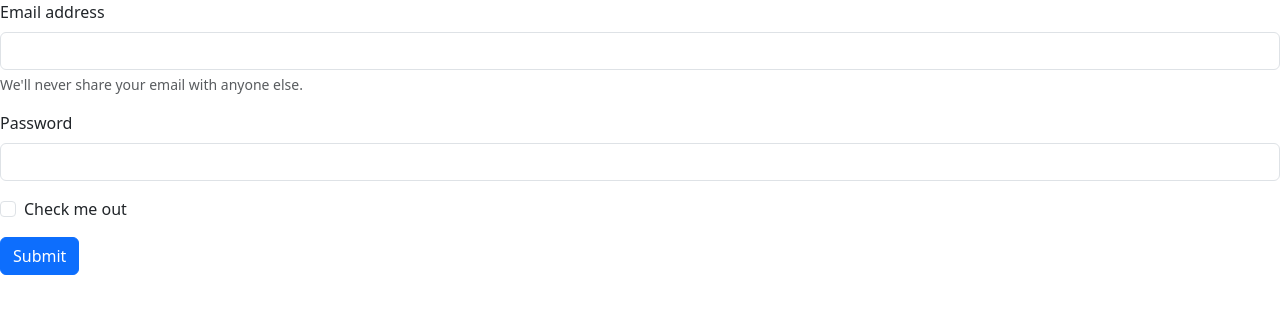
Repository: sarathraj2002/todo-list
Page: index.html
These files come from the project's save history. The page is drawn as it stood at one moment and after the next save; the edit follows.
The browser window is 1280 px wide. The pictures show the whole page.

Above is the page before, as saved 2024-09-05 09:47:52.

After the next save:
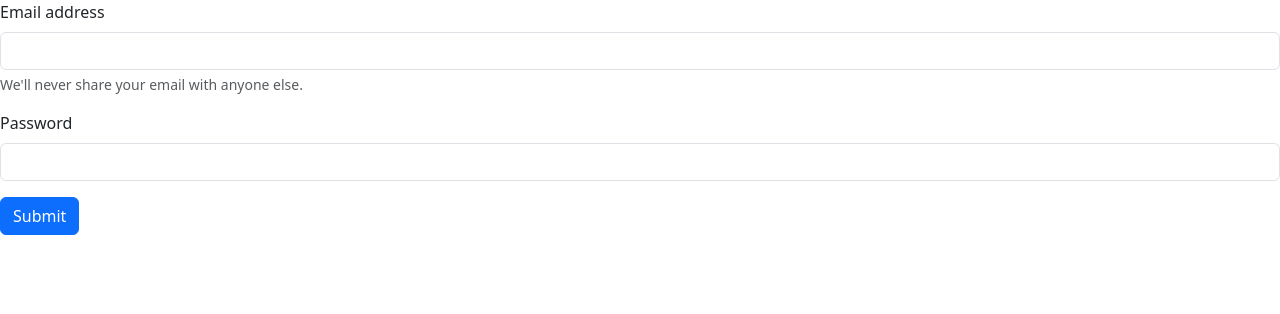
Saved 9 s later.
--- a/index.html
+++ b/index.html
@@ -18,10 +18,7 @@
           <label for="exampleInputPassword1" class="form-label">Password</label>
           <input type="password" class="form-control" id="exampleInputPassword1">
         </div>
-        <div class="mb-3 form-check">
-          <input type="checkbox" class="form-check-input" id="exampleCheck1">
-          <label class="form-check-label" for="exampleCheck1">Check me out</label>
-        </div>
+
         <button type="submit" class="btn btn-primary">Submit</button>
       </form>
 </body>
